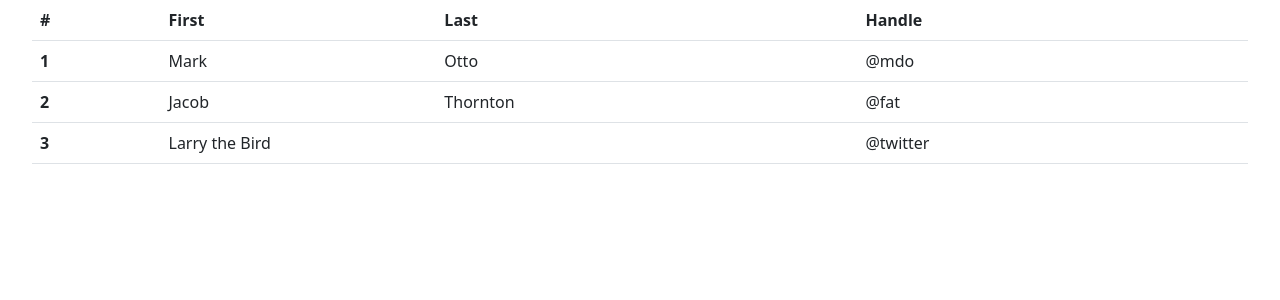
Repository: LCLY/location
Page: /
These files come from the project's save history. The page is drawn as it stood at one moment and after a run of saves; the edit follows.
The browser window is 1280 px wide. The pictures show the whole page.
The page's requests for data from a server got no answer. The project was rebuilt for these pictures with package versions that can differ from the ones it lists, and the page was loaded fresh each time. The framework's server and built-in components were replaced by stand-ins that run in the browser. No one was signed in, and anything a server would have sent is missing. Also part of the build but not shown: next.config.js.

Above is the page before, as saved 2022-09-12 17:15:27.

### pages/_app.js
import { useEffect } from "react";
import "../styles/globals.css";
import "bootstrap/dist/css/bootstrap.css";

function MyApp({ Component, pageProps }) {
	useEffect(() => {
		import("bootstrap/dist/js/bootstrap");
	}, []);
	return <Component {...pageProps} />;
}

export default MyApp;

### pages/index.js
import { useEffect, useState } from "react";
import Head from "next/head";
import styles from "../styles/Home.module.scss";
import axios from "axios";

export default function Home() {
	const [workOrders, setWorkOrders] = useState(null);

	useEffect(() => {
		axios
			.post("https://fmstest.dev2ezasia.com/api/token/", {
				username: "test123",
				password: "2ezasiatest",
			})
			.then((res) => {
				localStorage.setItem("accessToken", res.data.access);
				localStorage.setItem("refreshToken", res.data.refresh);

				axios
					.get("https://fmstest.dev2ezasia.com/api/v1/work_orders/", {
						headers: { Authorization: `Bearer ${res.data.access}` },
					})
					.then((res) => console.log(res))
					.catch((err) => console.log(err));
			})
			.catch((err) => console.log(err));
	}, []);

	return (
		<div className={styles.container}>
			<Head>
				<title>Create Next App</title>
				<meta name='description' content='Generated by create next app' />
				<link rel='icon' href='/favicon.ico' />
			</Head>
			<table className={`table ${styles.main__table}`}>
				<thead>
					<tr>
						<th scope='col'>#</th>
						<th scope='col'>First</th>
						<th scope='col'>Last</th>
						<th scope='col'>Handle</th>
					</tr>
				</thead>
				<tbody>
					<tr>
						<th scope='row'>1</th>
						<td>Mark</td>
						<td>Otto</td>
						<td>@mdo</td>
					</tr>
					<tr>
						<th scope='row'>2</th>
						<td>Jacob</td>
						<td>Thornton</td>
						<td>@fat</td>
					</tr>
					<tr>
						<th scope='row'>3</th>
						<td colspan='2'>Larry the Bird</td>
						<td>@twitter</td>
					</tr>
				</tbody>
			</table>
		</div>
	);
}

### styles/Home.module.scss
.container {
	padding: 0 2rem;
}

.main {
	min-height: 100vh;
	padding: 4rem 0;
	flex: 1;
	display: flex;
	flex-direction: column;
	justify-content: center;
	align-items: center;

	&__table {
		padding: 50px;
	}
}

.footer {
	display: flex;
	flex: 1;
	padding: 2rem 0;
	border-top: 1px solid #eaeaea;
	justify-content: center;
	align-items: center;
}

.footer a {
	display: flex;
	justify-content: center;
	align-items: center;
	flex-grow: 1;
}

.title a {
	color: #0070f3;
	text-decoration: none;
}

.title a:hover,
.title a:focus,
.title a:active {
	text-decoration: underline;
}

.title {
	margin: 0;
	line-height: 1.15;
	font-size: 4rem;
}

.title,
.description {
	text-align: center;
}

.description {
	margin: 4rem 0;
	line-height: 1.5;
	font-size: 1.5rem;
}

.code {
	background: #fafafa;
	border-radius: 5px;
	padding: 0.75rem;
	font-size: 1.1rem;
	font-family: Menlo, Monaco, Lucida Console, Liberation Mono, DejaVu Sans Mono,
		Bitstream Vera Sans Mono, Courier New, monospace;
}

.grid {
	display: flex;
	align-items: center;
	justify-content: center;
	flex-wrap: wrap;
	max-width: 800px;
}

.card {
	margin: 1rem;
	padding: 1.5rem;
	text-align: left;
	color: inherit;
	text-decoration: none;
	border: 1px solid #eaeaea;
	border-radius: 10px;
	transition: color 0.15s ease, border-color 0.15s ease;
	max-width: 300px;
}

.card:hover,
.card:focus,
.card:active {
	color: #0070f3;
	border-color: #0070f3;
}

.card h2 {
	margin: 0 0 1rem 0;
	font-size: 1.5rem;
}

.card p {
	margin: 0;
	font-size: 1.25rem;
	line-height: 1.5;
}

.logo {
	height: 1em;
	margin-left: 0.5rem;
}

@media (max-width: 600px) {
	.grid {
		width: 100%;
		flex-direction: column;
	}
}

@media (prefers-color-scheme: dark) {
	.card,
	.footer {
		border-color: #222;
	}
	.code {
		background: #111;
	}
	.logo img {
		filter: invert(1);
	}
}

Loaded but not shown: styles/globals.css (common file)

After the next 5 saves:
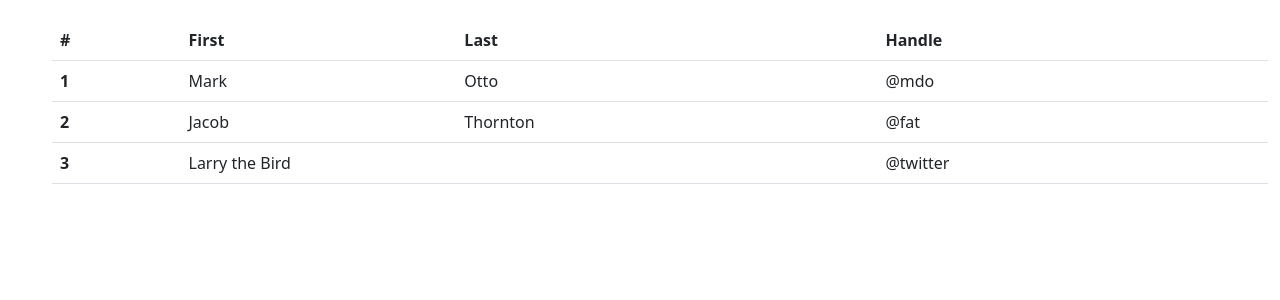
The 5 saves are shown as one change because they came seconds apart.
The last was saved 19 s later.
--- a/styles/Home.module.scss
+++ b/styles/Home.module.scss
@@ -12,7 +12,7 @@
 	align-items: center;
 
 	&__table {
-		padding: 50px;
+		margin: 20px;
 	}
 }
 
